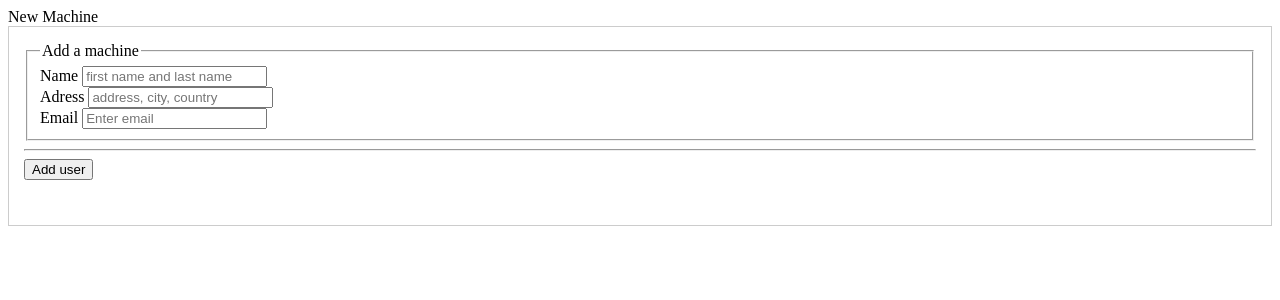
Repository: manu-bulboaca/ApneeaProject
Page: public/AngularApp/pages/insertMachine.html
These files come from the project's save history. The page is drawn as it stood at one moment and after the next save; the edit follows.
The browser window is 1280 px wide. The pictures show the whole page.

Above is the page before, as saved 2015-03-18 15:50:35.

### public/AngularApp/pages/insertMachine.html
<div ui-content-for="title">
	<span>New Machine</span>
</div>

<div class="scrollable">
	<div class="scrollable-content section">

		<form role="form" ng-submit='insertMachine()'
			class="col-xs-12 col-md-12 col-lg-6"
			style="border: 1px solid #ccc; padding: 15px; padding-bottom: 45px">
			<fieldset>
				<legend>Add a machine</legend>
				<div
					class="form-group has-success has-feedback col-xs-12 col-md-12 col-lg-12">

					<div class="form-group">
						<label>Name</label> <input type="name" ng-model="name"
							class="form-control" placeholder="first name and last name">
					</div>

					<div class="form-group">
						<label>Adress</label> <input type="address" ng-model="address"
							class="form-control" placeholder="address, city, country">
					</div>

					<label>Email</label> <input type="email" ng-model="email"
						class="form-control" placeholder="Enter email">
				</div>
			</fieldset>
			<hr>


			<button class="btn btn-primary btn-block col-xs-6 col-md-6 col-lg-6">
				Add user</button>



		</form>
	</div>
</div>

After the next save:
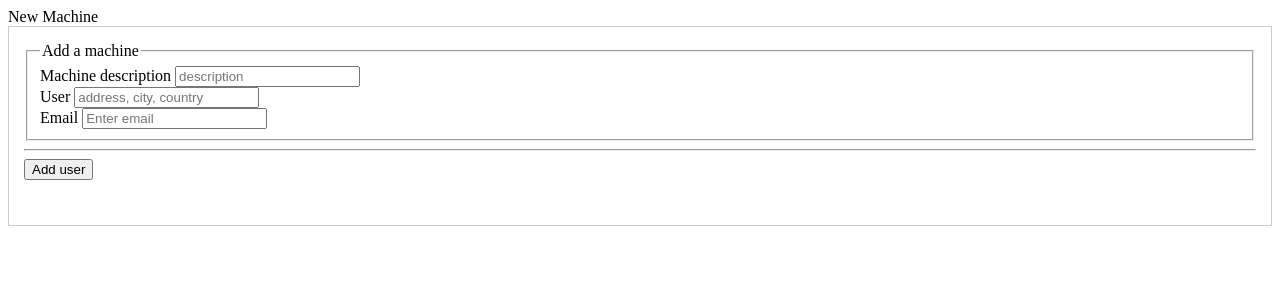
Saved 3 min 48 s later.
--- a/public/AngularApp/pages/insertMachine.html
+++ b/public/AngularApp/pages/insertMachine.html
@@ -14,12 +14,12 @@
 					class="form-group has-success has-feedback col-xs-12 col-md-12 col-lg-12">
 
 					<div class="form-group">
-						<label>Name</label> <input type="name" ng-model="name"
-							class="form-control" placeholder="first name and last name">
+						<label>Machine description</label> <input type="name" ng-model="desc"
+							class="form-control" placeholder="description">
 					</div>
 
 					<div class="form-group">
-						<label>Adress</label> <input type="address" ng-model="address"
+						<label>User</label> <input type="address" ng-model="address"
 							class="form-control" placeholder="address, city, country">
 					</div>
 
